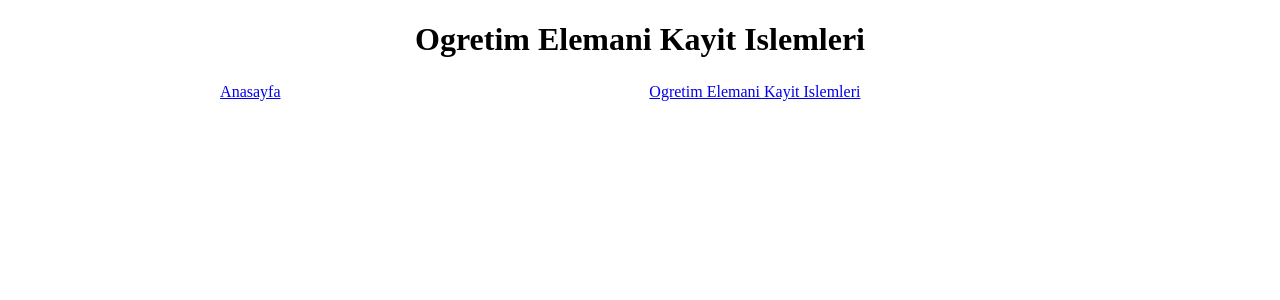
Repository: Egemen-ve-Burakhan-internet-final/final
Page: http://localhost/ogretim/ogretmen_kayit.jsp
The author's editor kept a copy of each file at every save. The page is drawn from the files as they stood at one save, then again after the next save.
The browser window is 1280 px wide. The pictures show the whole page.
The page is served by Tomcat 9. Other server files are loaded and not shown.

Above is the page before, as saved 2020-05-25 14:10:08.

### okul/ogretim/WebContent/ogretmen_kayit.jsp
<%@ page language="java" contentType="text/html; charset=ISO-8859-1"
    pageEncoding="ISO-8859-1"%>
<!DOCTYPE html>
<html>
<head>
<meta charset="ISO-8859-1">
<title>Insert title here</title>
</head>
<body>
	<div>
		<div>
			<h1 style="text-align:center">Ogretim Elemani Kayit Islemleri</h1>
		</div>
		<div>
			<table width="80%" align= center>
				<tr>
					<td style="text-align:center"><a href="index.jsp">Anasayfa</a></td>
					<td style="text-align:center"><a href="ogretmen_kayit.jsp">Ogretim Elemani Kayit Islemleri</a></td>
				</tr>
			</table>
		</div>
	</div>
</body>
</html>

After the next save:
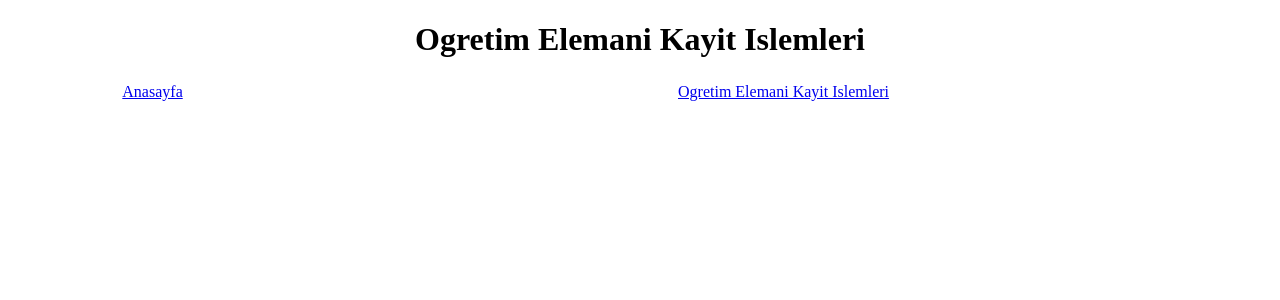
Saved 11 s later.
--- a/okul/ogretim/WebContent/ogretmen_kayit.jsp
+++ b/okul/ogretim/WebContent/ogretmen_kayit.jsp
@@ -12,7 +12,7 @@
 			<h1 style="text-align:center">Ogretim Elemani Kayit Islemleri</h1>
 		</div>
 		<div>
-			<table width="80%" align= center>
+			<table width="100%" align= center>
 				<tr>
 					<td style="text-align:center"><a href="index.jsp">Anasayfa</a></td>
 					<td style="text-align:center"><a href="ogretmen_kayit.jsp">Ogretim Elemani Kayit Islemleri</a></td>
